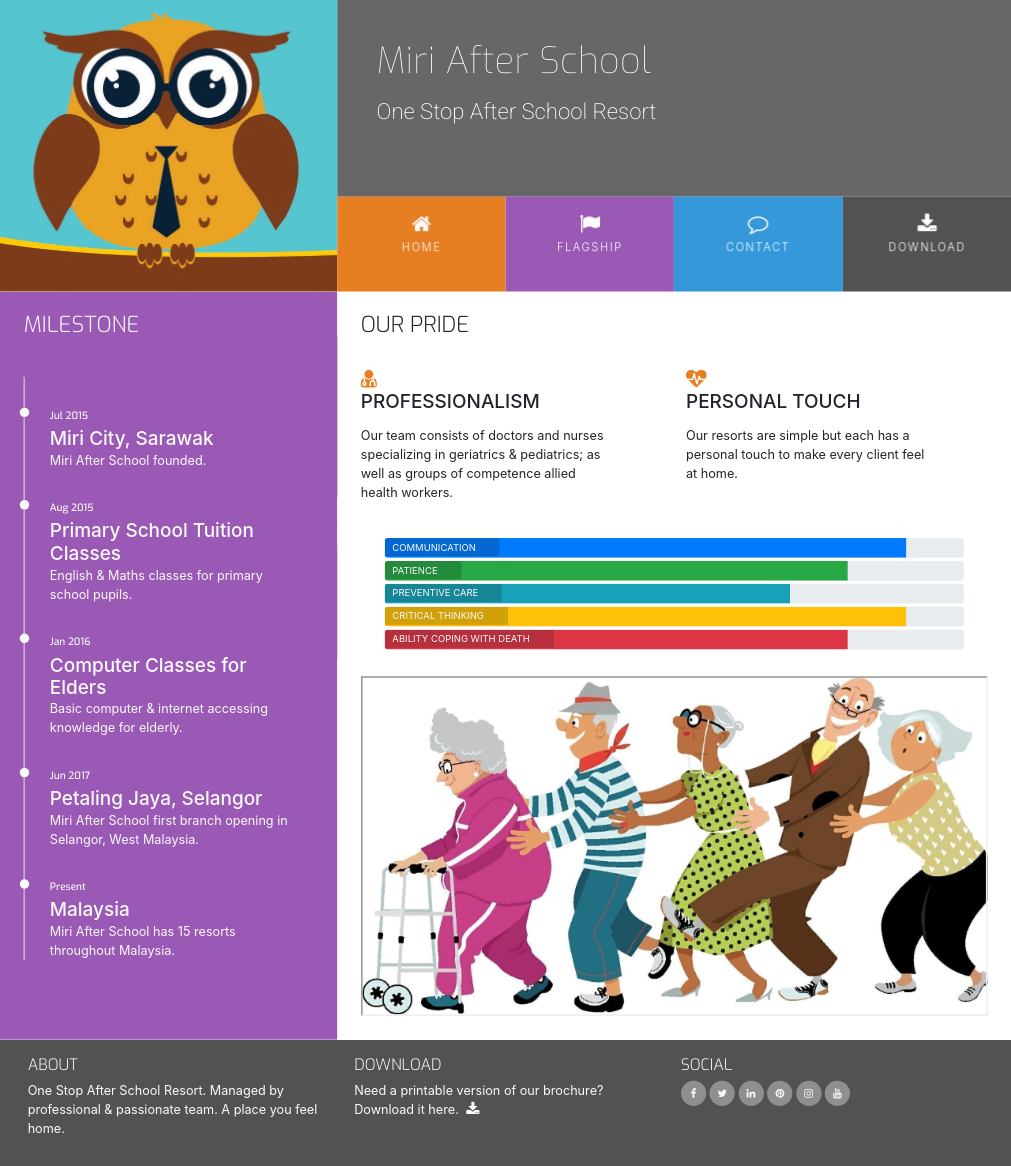
Repository: Code-Institute-Submissions/miri-after-school
Page: flagship.html
The author's editor kept a record of every edit. The page is drawn from the files as they stood at one moment, then again after the next edit.
The browser window is 1280 px wide. The pictures show the whole page, at 79% of full size.

Above is the page before.

### flagship.html
<!DOCTYPE html>
<html lang="en">

<head>
    <meta charset="UTF-8">
    <meta name="viewport" content="width=device-width, initial-scale=1.0">
    <meta http-equiv="X-UA-Compatible" content="ie=edge">
    <link rel="stylesheet" href="https://stackpath.bootstrapcdn.com/bootstrap/4.3.1/css/bootstrap.min.css" type="text/css" />
    <link rel="stylesheet" href="https://stackpath.bootstrapcdn.com/font-awesome/4.7.0/css/font-awesome.min.css" type="text/css" />
    <link rel="stylesheet" href="https://cdnjs.cloudflare.com/ajax/libs/hover.css/2.3.1/css/hover-min.css" type="text/css" />
    <link rel="stylesheet" href="assets/css/style.css" type="text/css" />
    <title>Miri After School</title>
</head>

<body>
    <header>
        <div class="row no-gutters">
            <a href="index.html" class="col-md-4 logo">

            </a>
            <div class="col-md-8">
                <div class="row no-gutters bg-color-name-title">
                    <div class="col heading">
                        <h1 class="name">Miri After School</h1>
                        <h2 class="title">One Stop After School Resort</h2>
                    </div>
                </div>
                <div class="row no-gutters">
                    <div class="col">
                        <ul id="nav" class="list-inline menucontainer">
                            <li class="col-6 col-sm-3 ui-menu-color-home list-inline-item menuitem">
                                <a href="index.html" class="hvr-sweep-to-bottom"><i class="fa fa-home" aria-hidden="true"></i><span>Home</span></a>
                            </li>
                            <li class="col-6 col-sm-3 ui-menu-color-flagship list-inline-item menuitem">
                                <a href="flagship.html" class="hvr-sweep-to-bottom"><i class="fa fa-flag" aria-hidden="true"></i><span>Flagship</span></a>
                            </li>
                            <li class="col-6 col-sm-3 ui-menu-color-contact list-inline-item menuitem">
                                <a href="contact.html" class="hvr-sweep-to-bottom"><i class="fa fa-comment-o" aria-hidden="true"></i><span>Contact</span></a>
                            </li>
                            <li class="col-6 col-sm-3 ui-menu-color-download list-inline-item menuitem">
                                <a href="assets/brochure/infopack.pdf" target="_blank" class="hvr-sweep-to-bottom"><i class="fa fa-download" aria-hidden="true"></i><span>Download</span></a>
                            </li>
                        </ul>
                    </div>
                </div>
            </div>
        </div>
    </header>
    <section class="container-fluid">
        <div class="row">
            <div class="col-md-4 bg-color-milestone section-column">
                <div class="row">
                    <div class="col-12">
                        <h3 class="milestone-heading uppercase">
                            Milestone
                        </h3>
                    </div>
                </div>
                <div class="milestone-items">
                    <div class="timeline-item" data-dates="Jul 2015">
                        <h4>Miri City, Sarawak</h4>
                        <p>Miri After School founded.</p>
                    </div>
                    <div class="timeline-item" data-dates="Aug 2015">
                        <h4>Primary School Tuition Classes</h4>
                        <p>English & Maths classes for primary school pupils.</p>
                    </div>
                    <div class="timeline-item" data-dates="Jan 2016">
                        <h4>Computer Classes for Elders</h4>
                        <p>Basic computer & internet accessing knowledge for elderly.</p>
                    </div>
                    <div class="timeline-item" data-dates="Jun 2017">
                        <h4>Petaling Jaya, Selangor</h4>
                        <p>Miri After School first branch opening in Selangor, West Malaysia.</p>
                    </div>
                    <div class="timeline-item" data-dates="Present">
                        <h4>Malaysia</h4>
                        <p>Miri After School has 15 resorts throughout Malaysia.</p>
                    </div>
                </div>
            </div>
            <div class="col-md-8 bg-color-three-reasons section-column">
                <div class="row">
                    <div class="col">
                        <h3 class="section-heading uppercase">Our Pride</h3>
                    </div>
                </div>
                <div class="row">
                    <div class="col-10 offset-1 offset-sm-0 col-sm-4 col-md-6">
                        <div class="row">
                            <div class="col-3">
                                <i class="three-reasons-icon fa fa-user-md" aria-hidden="true"></i>
                            </div>
                            <div class="col-10">
                                <h4 class="three-reasons-heading uppercase">Professionalism</h4>
                                <p>
                                    Our team consists of doctors and nurses specializing in geriatrics & pediatrics; as well as groups of competence allied health workers.
                                </p>
                            </div>
                        </div>
                    </div>
                    <div class="col-10 offset-1 offset-sm-0 col-sm-4 col-md-6">
                        <div class="row">
                            <div class="col-3">
                                <i class="three-reasons-icon fa fa-heartbeat" aria-hidden="true"></i>
                            </div>
                            <div class="col-10">
                                <h4 class="three-reasons-heading uppercase">Personal Touch</h4>
                                <p>
                                    Our resorts are simple but each has a personal touch to make every client feel at home.
                                </p>
                            </div>
                        </div>
                    </div>
                </div>
                <div class="row progress-section">
                    <div class="col">
                        <div class="progress">
                            <div class="progress-bar" role="progressbar" aria-valuenow="90" aria-valuemin="0" aria-valuemax="100" style="width:90%">
                                <span class="sr-only">90% complete</span>
                            </div>
                            <span class="progress-type">COMMUNICATION</span>
                        </div>
                        <div class="progress">
                            <div class="progress-bar bg-success" role="progressbar" aria-valuenow="80" aria-valuemin="0" aria-valuemax="100" style="width:80%">
                                <span class="sr-only">80% complete</span>
                            </div>
                            <span class="progress-type">PATIENCE</span>
                        </div>
                        <div class="progress">
                            <div class="progress-bar bg-info" role="progressbar" aria-valuenow="70" aria-valuemin="0" aria-valuemax="100" style="width:70%">
                                <span class="sr-only">70% complete</span>
                            </div>
                            <span class="progress-type">PREVENTIVE CARE</span>
                        </div>
                        <div class="progress">
                            <div class="progress-bar bg-warning" role="progressbar" aria-valuenow="90" aria-valuemin="0" aria-valuemax="100" style="width:90%">
                                <span class="sr-only">90% complete</span>
                            </div>
                            <span class="progress-type">CRITICAL THINKING</span>
                        </div>
                        <div class="progress">
                            <div class="progress-bar bg-danger" role="progressbar" aria-valuenow="80" aria-valuemin="0" aria-valuemax="100" style="width:80%">
                                <span class="sr-only">80% complete</span>
                            </div>
                            <span class="progress-type">ABILITY COPING WITH DEATH</span>
                        </div>
                    </div>
                </div>
                <div class="img-responsive">
                    <iframe class="img-responsive picture"></iframe>
                </div>
    </section>
    <footer class="container-fluid">
        <div id="footer-details" class="row">
            <div class="col-sm-4">
                <h5 class="uppercase general-sub">About</h5>
                <p class="inline-block">
                    One Stop After School Resort. Managed by professional & passionate team. A place you feel home.
                </p>
            </div>
            <div class="col-sm-4">
                <h5 class="uppercase general-sub">Download</h5>
                <p class="inline-block">
                    Need a printable version of our brochure? Download it here.
                    <a href="assets/brochure/infopack.pdf" target="_blank" class="cv-pdf">
                        <i class="fa fa-download" aria-hidden="true"></i>
                        <span class="sr-only">Download link.</span>
                    </a>
                </p>
            </div>
            <div class="col-sm-4">
                <h5 class="uppercase general-sub">Social</h5>
                <i class="list-inline social-links">
                    <li class="list-inline-item">
                        <a target="_blank" href="#">
                            <i class="fa fa-facebook" aria-hidden="true"></i>
                <span class="sr-only">Facebook</span>
                </a>
                </li>
                <li class="list-inline-item">
                    <a target="_blank" href="#">
                            <i class="fa fa-twitter" aria-hidden="true"></i>
                            <span class="sr-only">Twitter</span>
                        </a>
                </li>
                <li class="list-inline-item">
                    <a target="_blank" href="#">
                            <i class="fa fa-linkedin" aria-hidden="true"></i>
                            <span class="sr-only">LinkedIn</span>
                        </a>
                </li>
                <li class="list-inline-item">
                    <a target="_blank" href="#">
                            <i class="fa fa-pinterest" aria-hidden="true"></i>
                            <span class="sr-only">Pinterest</span>
                        </a>
                </li>
                <li class="list-inline-item">
                    <a target="_blank" href="#">
                            <i class="fa fa-instagram" aria-hidden="true"></i>
                            <span class="sr-only">Instagram</span>
                        </a>
                </li>
                <li class="list-inline-item">
                    <a target="_blank" href="#">
                            <i class="fa fa-youtube" aria-hidden="true"></i>
                            <span class="sr-only">YouTube</span>
                        </a>
                </li>
                </i>
            </div>
        </div>

    </footer>
</body>

</html>

### assets/css/style.css
@import url('https://fonts.googleapis.com/css?family=Roboto:100,200,300,400,500,600,700|Exo:100,200,300,400,500,600,700');

/* ------------------------------------Colours */

.bg-color-name-title {
    background-color: #676767;
}

.bg-color-three-reasons {
    background-color: #fff;
}

.bg-color-company-info {
    background-color: #e67e22;
}

.bg-color-milestone {
    background-color: #9b59b6;
}

.bg-color-contact {
    background-color: #fff;
}

.ui-menu-color-home {
    background-color: #e67e22;
}

.ui-menu-color-flagship {
    background-color: #9b59b6;
}

.ui-menu-color-contact {
    background-color: #3498db;
}

.ui-menu-color-download {
    background-color: #525252;
}

/* ------------------------------------Special paddings/margins/text */

h1,
h2,
h3,
h4 {
    margin: 0;
}

.uppercase {
    text-transform: uppercase;
}

.general-sub {
    font-family: "Exo", sans-serif;
    font-weight: 300;
    color: #fafafa;
}

.inline-block {
    display: inline-block;
}

.row-table {
    display: table;
}

.section-column {
    display: table-cell;
    padding: 0 30px 30px;
    float: none;
}

.company-info-heading,
.milestone-heading,
.section-heading {
    font-family: "Exo", sans-serif;
    font-weight: 300;
    margin-top: 25px;
    margin-bottom: 40px;
}

.img-responsive {
    display: block;
    max-width: 100%;
    height: auto;
}

.img-responsive {
    display: block;
    max-width: 100%;
    height: auto;
}

/* ------------------------------------Heading */

header {
    margin: 0;
}

.heading {
    margin-left: 50px;
}

.logo {
    background: url("../images/MAS.jpg");
    background-position: center;
    background-repeat: no-repeat;
    background-size: cover;
    min-height: 360px;
    transition: all .5s ease-in-out;
    -moz-transition: all .5s ease-in-out;
    -webkit-transition: all .5s ease-in-out;
}

.name {
    font-family: "Exo", sans-serif;
    font-weight: 100;
    font-size: 46px;
    margin-top: 50px;
    color: #fff;
}

.title {
    font-family: "Roboto", sans-serif;
    font-weight: 200;
    font-size: 28px;
    margin-top: 20px;
    margin-bottom: 90px;
    color: #fff;
}

.list-inline-item:not(:last-child) {
    margin: 0;
}

.menucontainer {
    font-size: 0;
}

#nav {
    margin: 0;
}

#nav li {
    font-size: 14px;
    padding: 0;
}

.menuitem {
    height: 120px;
    text-align: center;
    padding: 0;
}

.menuitem a {
    width: 100%;
    text-decoration: none;
    color: #fff;
    height: 120px;
}

.menuitem a i {
    padding-top: 22px;
    display: block;
    color: #fafafa;
    font-size: 26px;
}

.menuitem span {
    display: block;
    width: 100%;
    padding-top: 5px;
    text-align: center;
    text-transform: uppercase;
    font-size: 14px;
    font-weight: 300;
    letter-spacing: 2px;
}

/* ------------------------------------Hover.css */

.hvr-sweep-to-bottom:before {
    background: rgba(0, 0, 0, 0.2);
    height: 120px;
}

/* ------------------------------------Footer */

footer {
    background-color: #525252;
    color: #fafafa;
    min-height: 120px;
    margin: 0;
}

.cv-pdf i {
    font-size: 18px;
    color: #fafafa;
    text-align: center;
    padding-left: 5px;
    transition: all 0.35s ease-in-out;
    -moz-transition: all 0.35s ease-in-out;
    -webkit-transition: all 0.35s ease-in-out;
    -o-transition: all 0.35s ease-in-out;
}

.cv-pdf i:hover {
    color: #e84610;
}

.social-links {
    padding-bottom: 15px;
}

.social-links li a i {
    width: 32px;
    height: 32px;
    padding: 12px 0;
    border-radius: 50%;
    font-size: 13px;
    line-height: 7px;
    text-align: center;
    color: #fafafa;
    background: #8f8f8f;
    transition: all 0.35s ease-in-out;
    -moz-transition: all 0.35s ease-in-out;
    -webkit-transition: all 0.35s ease-in-out;
    -o-transition: all 0.35s ease-in-out;
}

.social-links li a i:hover {
    background: #e84610;
}

#footer-details {
    padding: 20px;
}

/* ------------------------------------Three reasons */

.three-reasons-icon {
    font-size: 26px;
    color: #e67e22;
}

.three-reasons-heading {
    margin-bottom: 15px;
}

/* ------------------------------------Company info */

.company-info-heading {
    color: #fafafa;
    margin-bottom: 50px;
}

.company-info-item {
    color: #525252;
    font-weight: 500;
    font-size: 18px;
    margin-bottom: 15px;
    margin-right: 15px;
    display: block;
    clear: both;
}

.company-info-item .key,
.company-info-item .value {
    padding-right: 8px;
    display: inline-block;
}

.company-info-item .key p,
.company-info-item .value p {
    margin: 0;
}

.company-info-item .key {
    width: 20%;
    margin-right: 15px;
    padding-top: 2px;
    vertical-align: top;
}

.company-info-item .key p {
    font-weight: 700;
}

.company-info-item .value {
    position: relative;
    width: 80%;
}

/* ------------------------------------Skills */

.progress {
    position: relative;
    height: 25px;
    margin-bottom: 4px;
}

.progress-type {
    position: absolute;
    left: 0;
    font-weight: 400;
    padding: 3px 30px 2px 10px;
    color: #fafafa;
    background-color: rgba(25, 25, 25, 0.2);
}

.progress-section {
    margin: 30px 15px;
}

.picture {
    background: url("../images/togetherness.jpg");
    background-repeat: no-repeat;
    min-height: 430px;
    width: 105%;
}

/* ------------------------------------Milestone */

.milestone-heading {
    color: #fafafa;
    margin-bottom: 50px;
}

.timeline-item {
    padding: 4em 2em 0em 2em;
    position: relative;
    color: #fafafa;
    border-left: 1px solid;
}

.timeline-item p {
    padding: 0;
    margin: 0;
}

.timeline-item:before {
    content: attr(data-dates);
    position: absolute;
    left: 2.5em;
    top: 3em;
    display: block;
    font-family: "Exo", sans-serif;
    font-weight: 500;
    font-size: 0.8em;
    padding: 0;
    margin: 0;
}

.timeline-item:after {
    width: 12px;
    height: 12px;
    display: block;
    top: 2.4em;
    position: absolute;
    left: -6px;
    border-radius: 12px;
    content: '';
    background: #fafafa;
}

.milestone-items {
    margin-bottom: 30px;
}

/* ------------------------------------Contact form */

.contact-heading {
    font-family: "Exo", sans-serif;
    font-weight: 300;
    margin-top: 25px;
    margin-bottom: 20px;
}

.center-form {
    padding-top: 10px;
    margin: 0 auto;
    max-width: 70%;
}

button[type="submit"] {
    margin-top: 10px;
    margin-bottom: 20px;
    color: #fafafa;
    background-color: #e84610;
}

/* ------------------------------------Media queries */

@media(min-width: 992px) {
    .center-form {
        padding-top: 30px;
        min-height: 240px;
        margin: 0 auto;
        max-width: 50%;
    }
}

After the next edit:
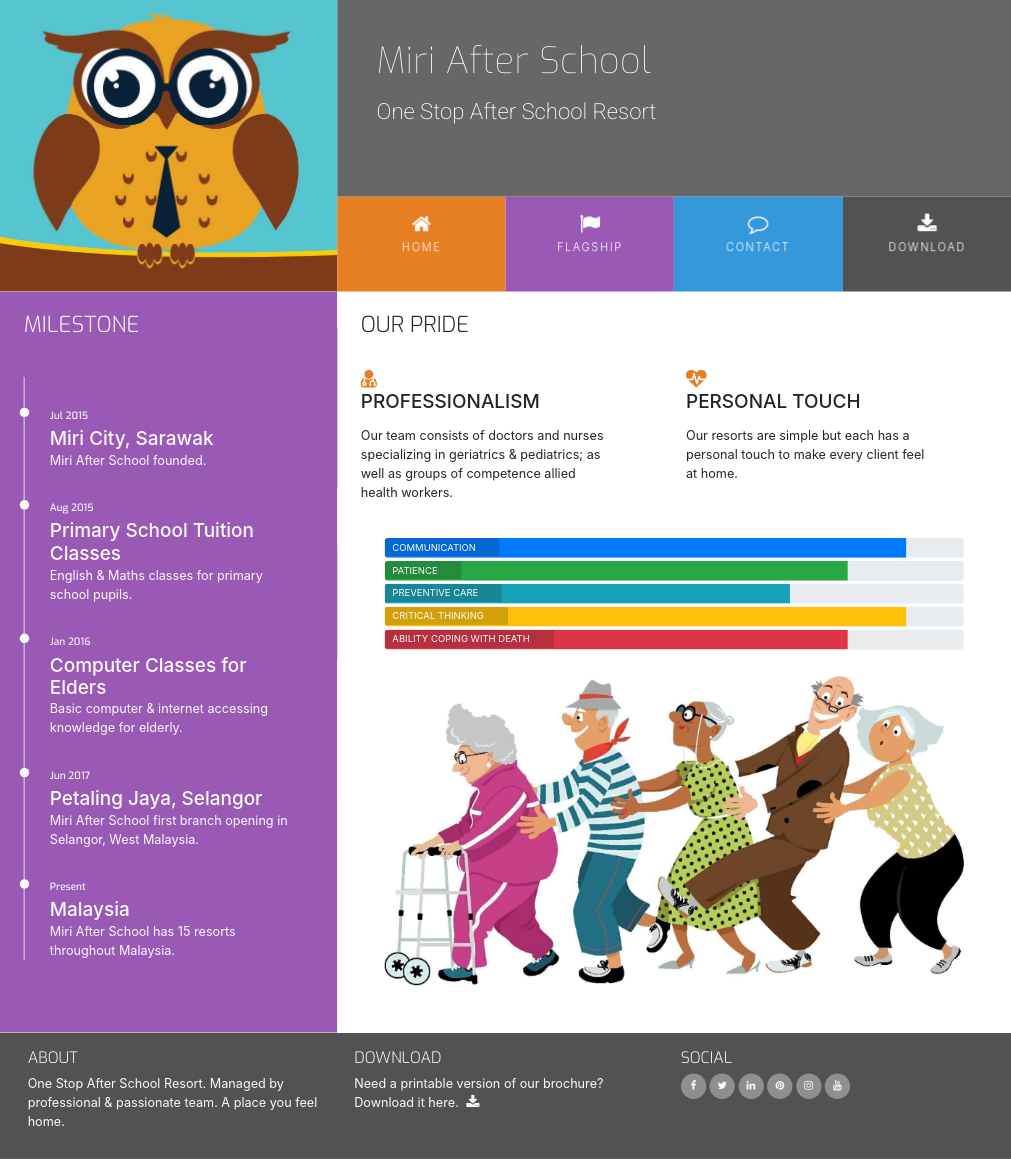
The edit:
--- a/flagship.html
+++ b/flagship.html
@@ -147,9 +147,12 @@
                         </div>
                     </div>
                 </div>
-                <div class="img-responsive">
-                    <iframe class="img-responsive picture"></iframe>
-                </div>
+                <div class="row progress-section">
+                    <div class="col">
+                        <img src="assets/images/togetherness.jpg" width="100%">
+                    </div>
+                </div>
+
     </section>
     <footer class="container-fluid">
         <div id="footer-details" class="row">
